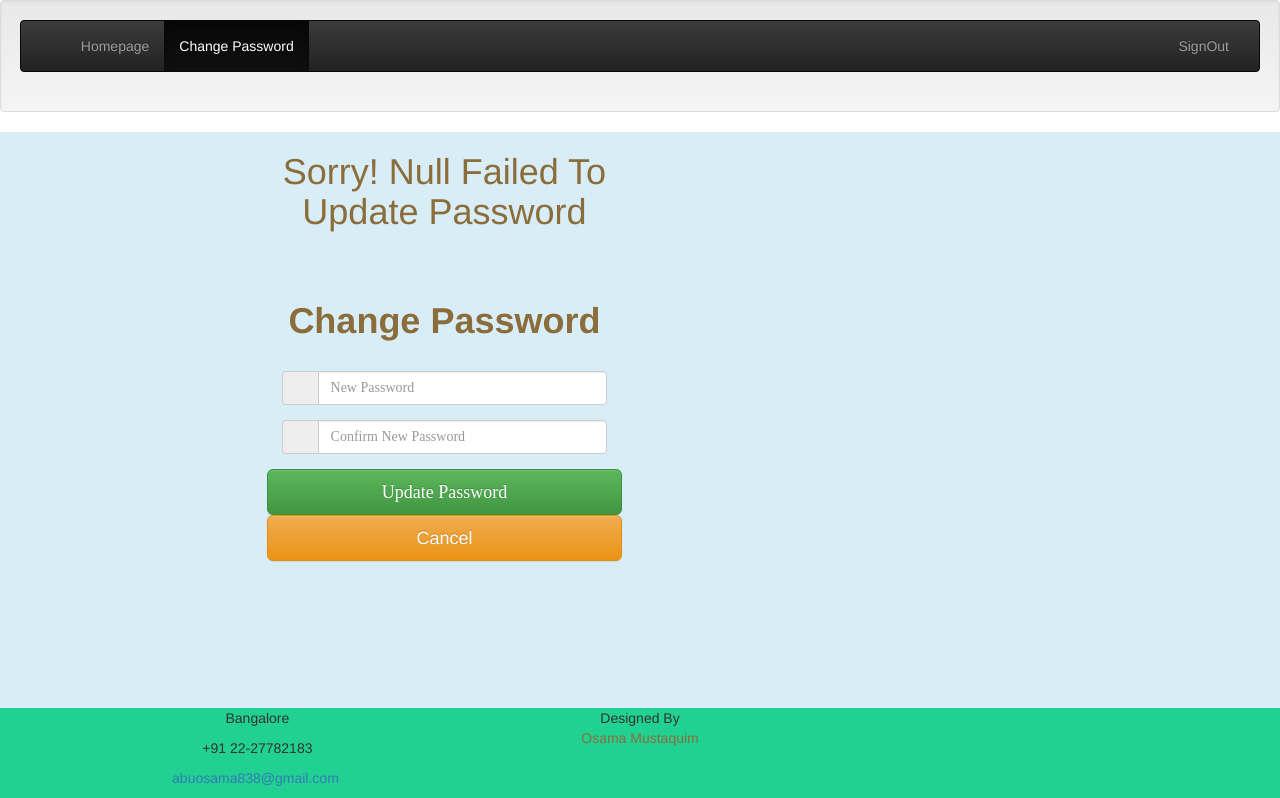
Repository: osamamustaquim/Online-Banking-Management-System
Page: http://localhost/BankApp/PwdchangeFail.jsp
These files come from the project's save history. The page is drawn as it stood at one moment and after the next save; the edit follows.
The browser window is 1280 px wide. The pictures show the whole page.
Some web fonts or font styles are not loaded; a fallback is used. The page is served by Tomcat 9.

Above is the page before, as saved 2020-04-11 07:06:50.

After the next save:
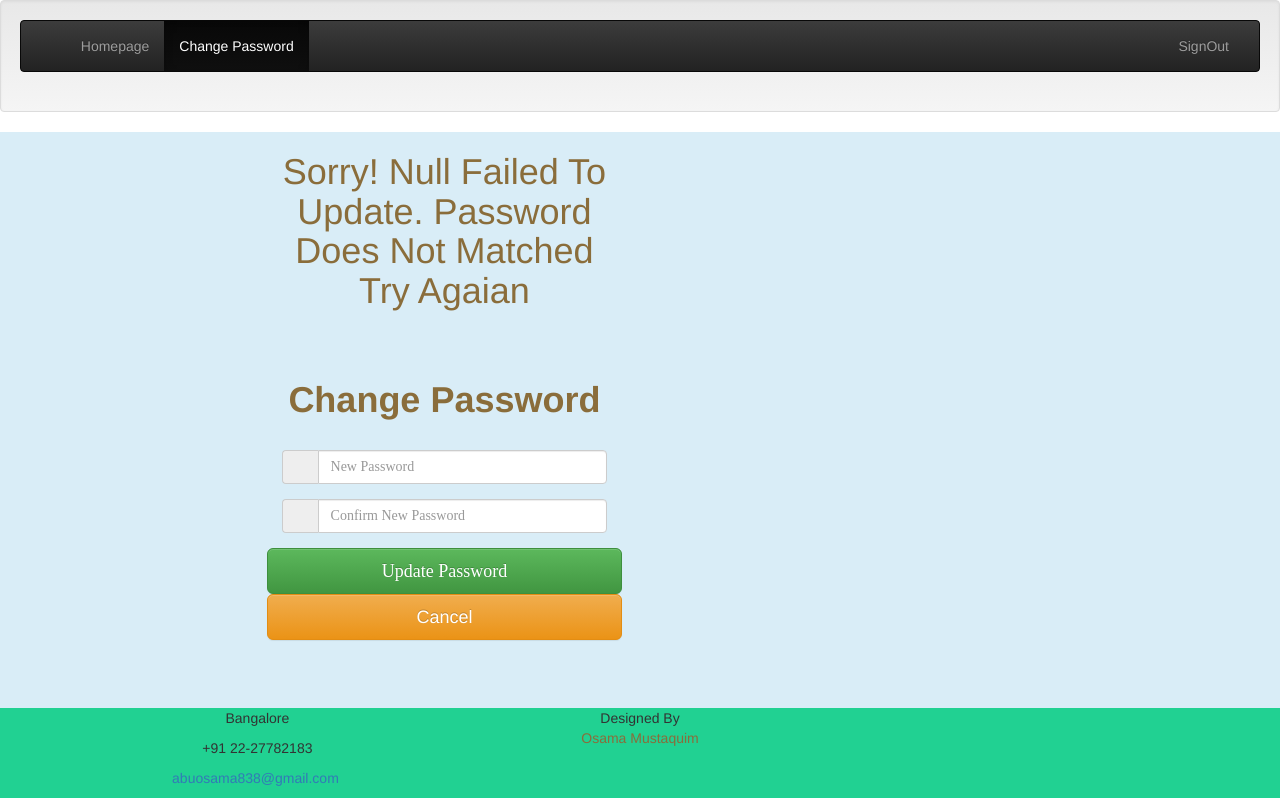
Saved 5 min 41 s later.
--- a/Online Banking Application using MVC model - Copy/BankApp/WebContent/PwdchangeFail.jsp
+++ b/Online Banking Application using MVC model - Copy/BankApp/WebContent/PwdchangeFail.jsp
@@ -61,7 +61,7 @@
      out.println(session.getAttribute("Name"));
      %>
 
-                  Failed to update password </span><span class="text-white font-weight-bold"></span></h1>
+                  Failed to update. Password does not Matched try Agaian </span><span class="text-white font-weight-bold"></span></h1>
 
 <br><br>
 							<div class="card-header  ">
